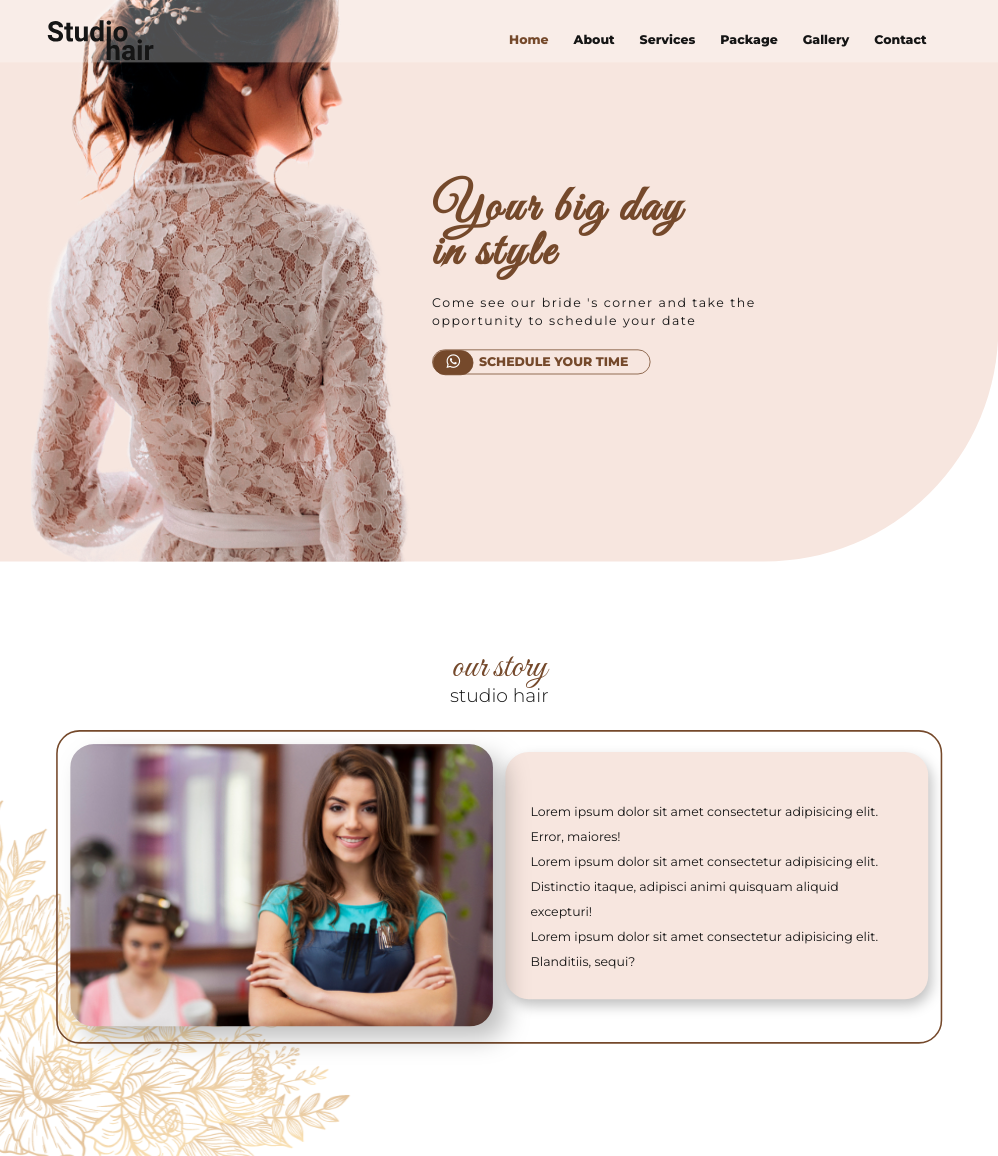
Repository: TuanHuflit2k1/clone-web01
Page: index.html
An editor plug-in stored every save of this project. The page is shown before and after a run of saves, followed by the edit.
The browser window is 1280 px wide. The pictures show the whole page, at 78% of full size.
Some web libraries are served in a nearby version.

Above is the page before, as saved 2022-04-28 11:27:44.

After the next 3 saves:
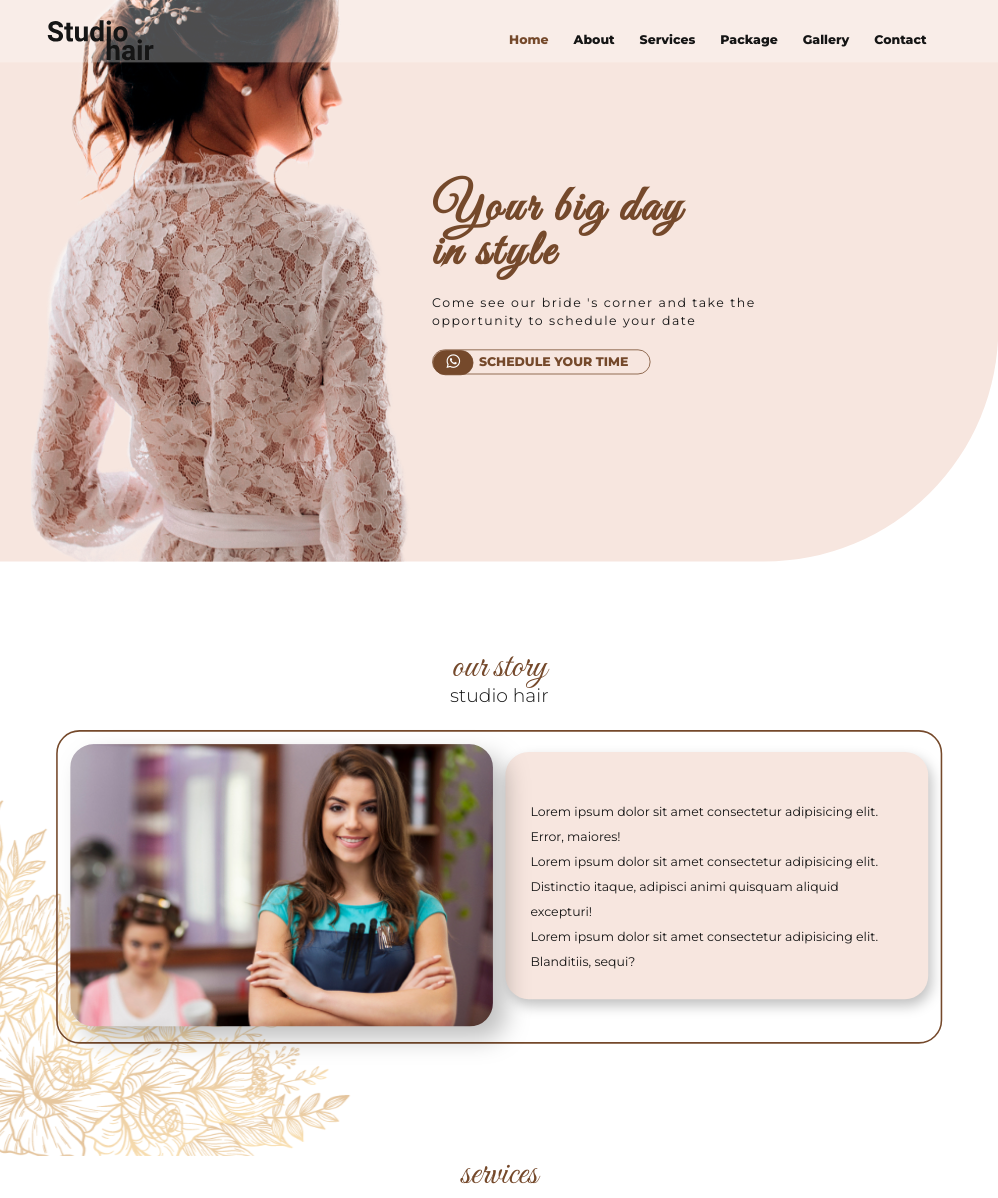
The 3 saves are shown as one change because they came seconds apart.
The last was saved 8 s later.
--- a/index.html
+++ b/index.html
@@ -94,7 +94,8 @@
     <div class="services" id="services">
         <div class="services-content">
             <div class="section-title">
-                <h1></h1>
+                <h1>services</h1>
+                <span></span>
             </div>
         </div>
     </div>
